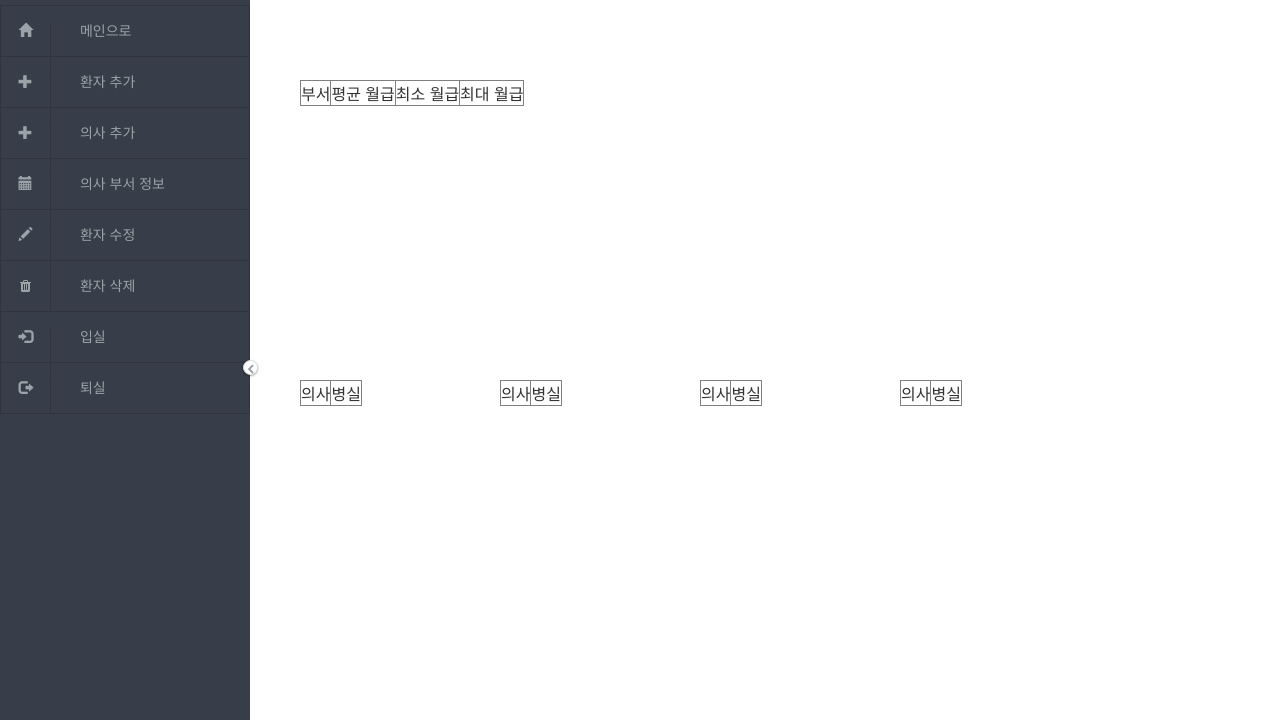
Repository: qaws1134/Hospital_manager
Page: http://localhost/project/D_clsif.jsp
An editor plug-in stored every save of this project. The page is shown before and after the next save, followed by the edit.
The browser window is 1280 px wide. The pictures show the whole page.
Some web libraries are served in a nearby version. The page is served by Tomcat 9. The template is opened directly, without the code that normally fills it, so the values that code supplies are empty.

Above is the page before, as saved 2017-12-09 15:21:23.
Console error (its wording comes from the project's code and is left out).

After the next save:
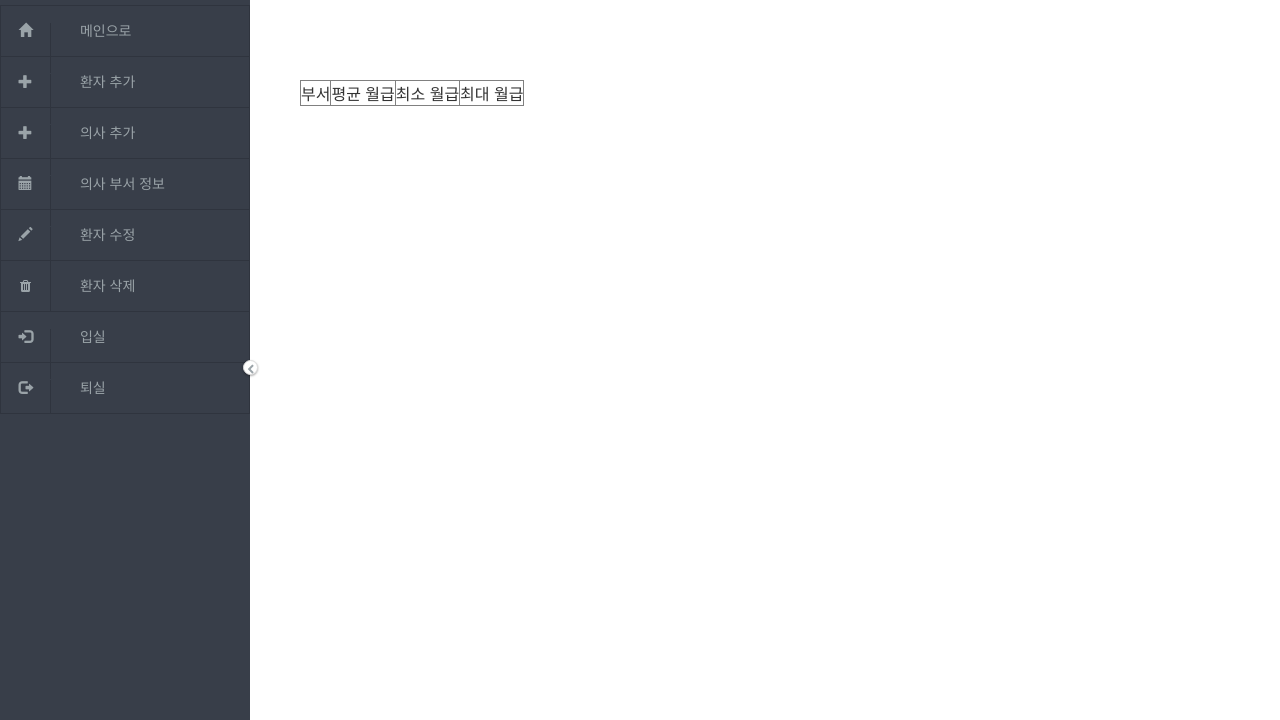
Saved 74 s later.
--- a/project/WebContent/D_clsif.jsp
+++ b/project/WebContent/D_clsif.jsp
@@ -227,7 +227,7 @@ nav ul li a span {
 
 <!-- 내과 부서에 속해있는 의사가 담당하는 병실들 -->
 
-<!-- 내과 -->
+<!-- 내과
 <section style="position:absolute; top:380px;left:300px">
       <table border="1">
 
@@ -243,7 +243,7 @@ nav ul li a span {
 		</c:forEach>
       </table>
 </section>
-<!-- 외과 -->
+<!-- 외과
 <section style="position:absolute; top:380px;left:500px">
       <table border="1">
 
@@ -259,7 +259,7 @@ nav ul li a span {
 		</c:forEach>
       </table>
 </section>
-<!-- 안과 -->
+<!-- 안과
 <section style="position:absolute; top:380px;left:700px">
       <table border="1">
 
@@ -275,7 +275,7 @@ nav ul li a span {
 		</c:forEach>
       </table>
 </section>
-<!-- 피부과 -->
+<!-- 피부과
 <section style="position:absolute; top:380px;left:900px">
       <table border="1">
 
@@ -291,5 +291,6 @@ nav ul li a span {
 		</c:forEach>
       </table>
 </section>
+-->
 </body>
 </html>
